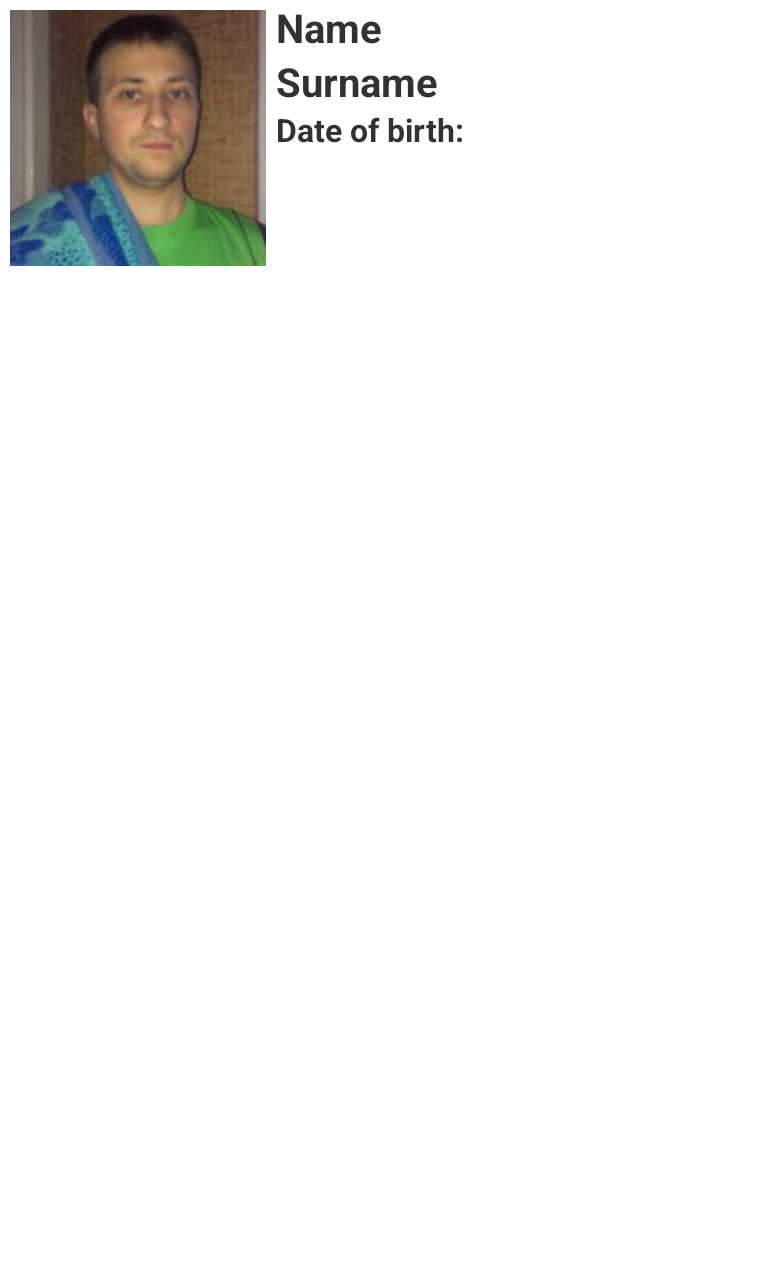
Repository: VanchT/42-test-ivtolkachev
Layout: FacebookFriends/res/layout/activity_main.xml
The author's editor kept a copy of each file at every save. The layout is drawn from the files as they stood at one save, then again after the next save.
It is drawn on a 768 x 1280 px phone screen (xhdpi) without system bars, with theme AppTheme; the app's code is not run.

Above is the layout before, as saved 2013-01-09 08:49:19.

### FacebookFriends/res/layout/activity_main.xml
<RelativeLayout xmlns:tools="http://schemas.android.com/tools"
    android:layout_width="match_parent"
    android:layout_height="match_parent"
    tools:context=".MainActivity" xmlns:android="http://schemas.android.com/apk/res/android">

    <ImageView
        android:id="@+id/image_me"
        android:layout_width="wrap_content"
        android:layout_height="wrap_content"
        android:layout_alignParentLeft="true"
        android:layout_alignParentTop="true"
        android:contentDescription="@string/me_image_description"
        android:src="@drawable/me"
        android:layout_margin="5dp"/>

    <TextView
        android:id="@+id/name_me"
        android:layout_width="wrap_content"
        android:layout_height="wrap_content"
        android:layout_toRightOf="@id/image_me"
        android:textStyle="bold"
        android:textSize="20sp"
        android:text="@string/me_name"
        />

    <TextView
        android:id="@+id/surname_me"
        android:layout_width="wrap_content"
        android:layout_height="wrap_content"
        android:layout_toRightOf="@id/image_me"
        android:layout_below="@id/name_me"
        android:textStyle="bold"
        android:textSize="20sp"
        android:text="@string/me_surname"
        />

    <TextView
        android:id="@+id/birthday_me_lable"
        android:layout_width="wrap_content"
        android:layout_height="wrap_content"
        android:layout_toRightOf="@id/image_me"
        android:layout_below="@id/surname_me"
        android:textStyle="bold"
        android:textSize="16sp"
        android:text="@string/me_birth"
        />

    <TextView
        android:id="@+id/birthday_me"
        android:layout_width="wrap_content"
        android:layout_height="wrap_content"
        android:layout_toRightOf="@id/birthday_me_lable"
        android:layout_below="@id/surname_me"
        android:textSize="16sp"
        />

</RelativeLayout>

### FacebookFriends/res/values/strings.xml
<?xml version="1.0" encoding="utf-8"?>
<resources>

    <string name="app_name">FacebookFriends</string>
    <string name="menu_settings">Settings</string>
    <string name="me_name">Name</string>
    <string name="me_surname">Surname</string>
    <string name="me_birth">Date of birth:</string>
    <string name="me_bio">Bio</string>
    <string name="me_contacts">Contacts</string>
    <string name="me_image_description">Me</string>

</resources>

Loaded but not shown: FacebookFriends/res/values/styles.xml (common file); FacebookFriends/res/values-v11/styles.xml (common file); FacebookFriends/res/values-v14/styles.xml (common file)

After the next save:
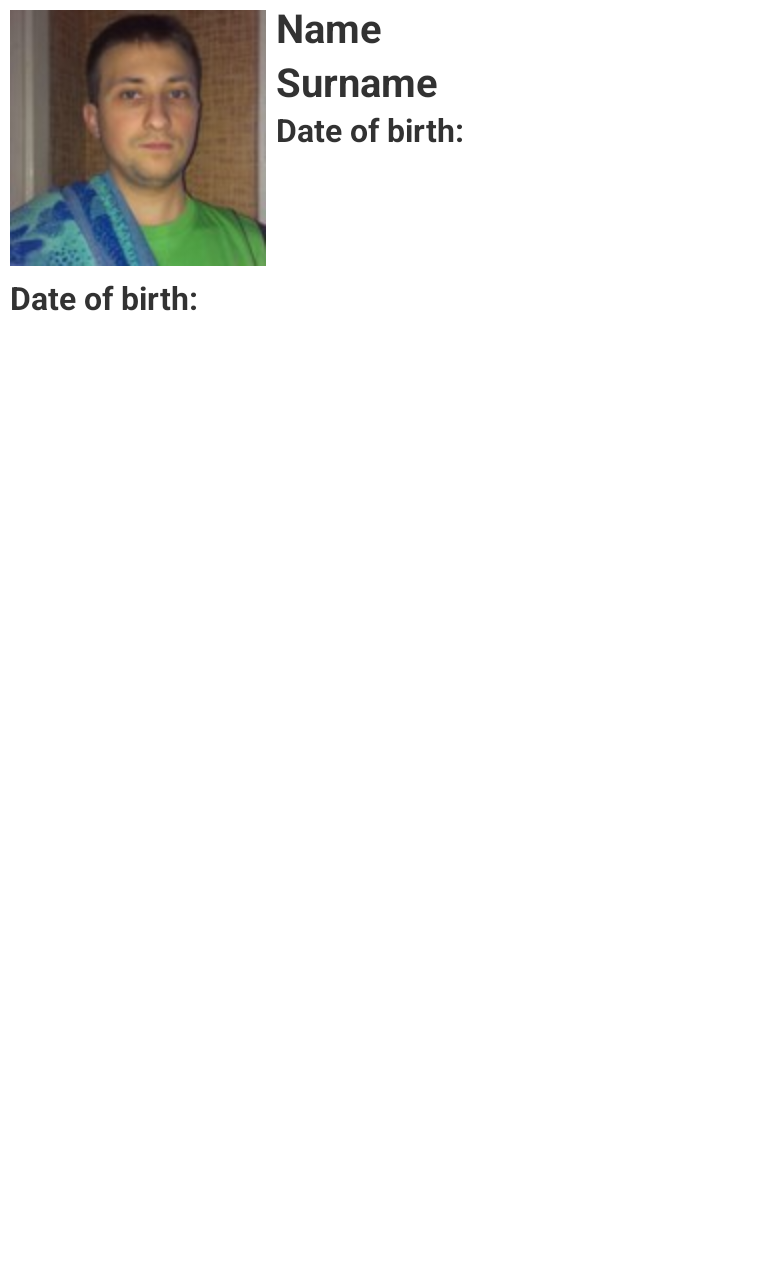
Saved 2 min 23 s later.
--- a/FacebookFriends/res/layout/activity_main.xml
+++ b/FacebookFriends/res/layout/activity_main.xml
@@ -54,4 +54,15 @@
         android:textSize="16sp"
         />
 
+ <TextView
+        android:id="@+id/birthday_me_lable"
+        android:layout_width="wrap_content"
+        android:layout_height="wrap_content"
+        android:layout_below="@id/image_me"
+        android:layout_alignLeft="@id/image_me"
+        android:textStyle="bold"
+        android:textSize="16sp"
+        android:text="@string/me_birth"
+        />
+
 </RelativeLayout>
